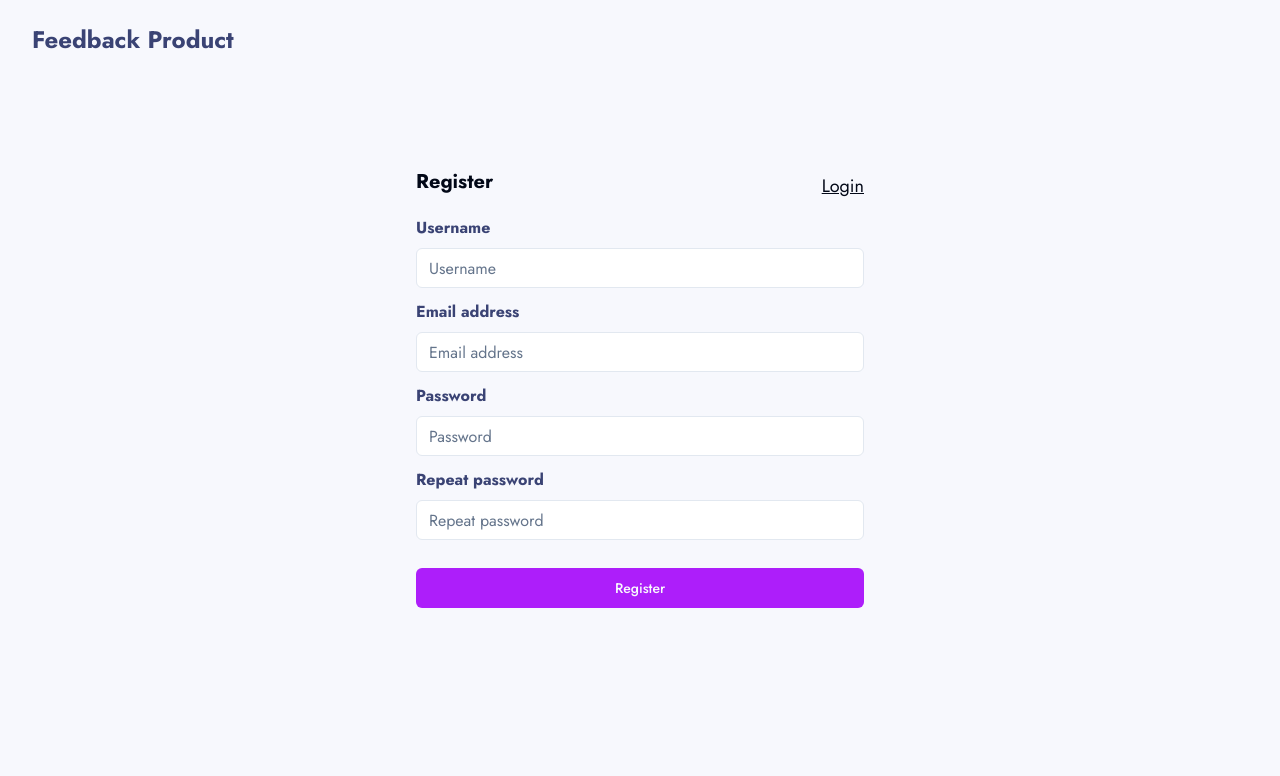
Repository: KornelJanczak/product-feedback-app
Page: /auth
An editor plug-in stored every save of this project. The page is shown before and after a run of saves, followed by the edit.
The browser window is 1280 px wide. The pictures show the whole page.
The page's requests for data from a server got no answer. The project was rebuilt for these pictures with package versions that can differ from the ones it lists, and the page was loaded fresh each time. The framework's server and built-in components were replaced by stand-ins that run in the browser. No one was signed in, and anything a server would have sent is missing. Also part of the build but not shown: next.config.js, next.config.mjs.

Above is the page before, as saved 2024-01-28 19:55:06.

After the next 4 saves:
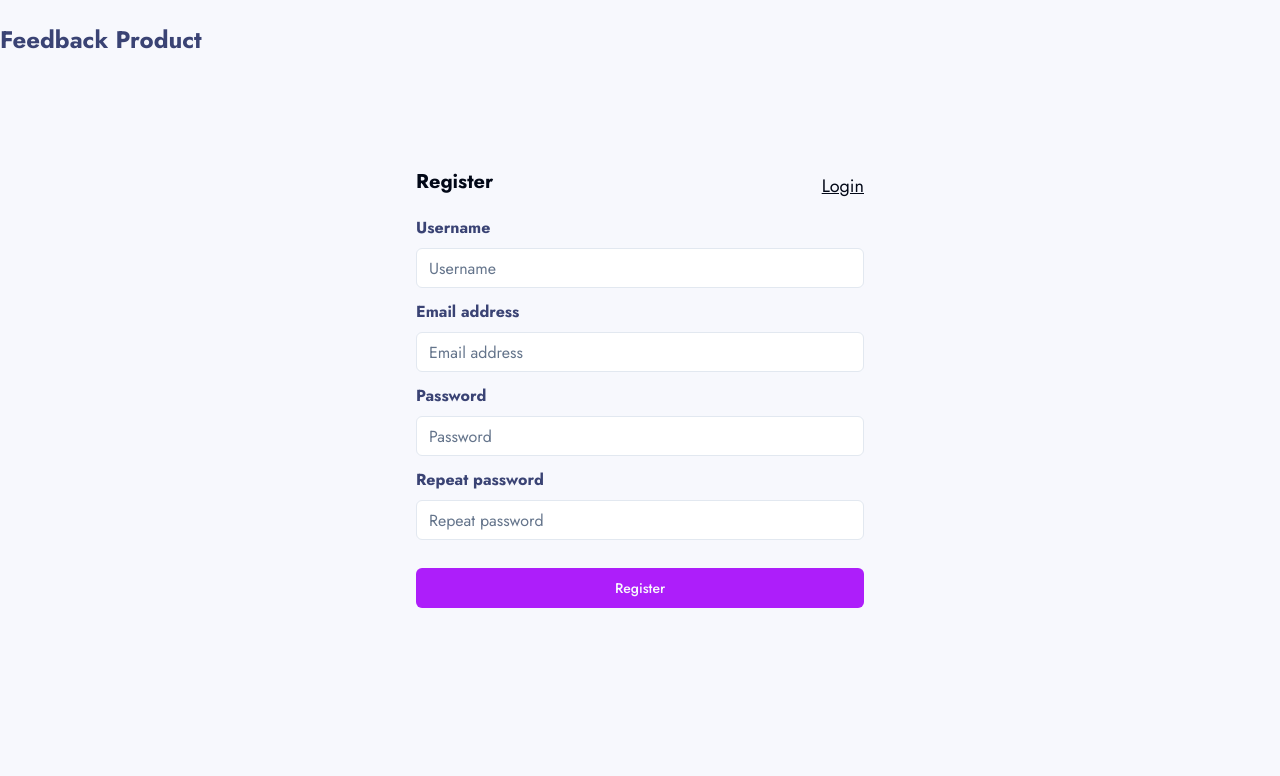
The 4 saves are shown as one change because they came seconds apart.
The last was saved 13 s later.
--- a/tailwind.config.ts
+++ b/tailwind.config.ts
@@ -13,8 +13,8 @@ const config = {
     container: {
       center: true,
       padding: {
-        DEFAULT: "2rem",
-        sm: "2rem",
+        // DEFAULT: "2rem",
+        "sm": "2rem",
         "md": "2rem",
         lg: "4rem",
         xl: "5rem",
